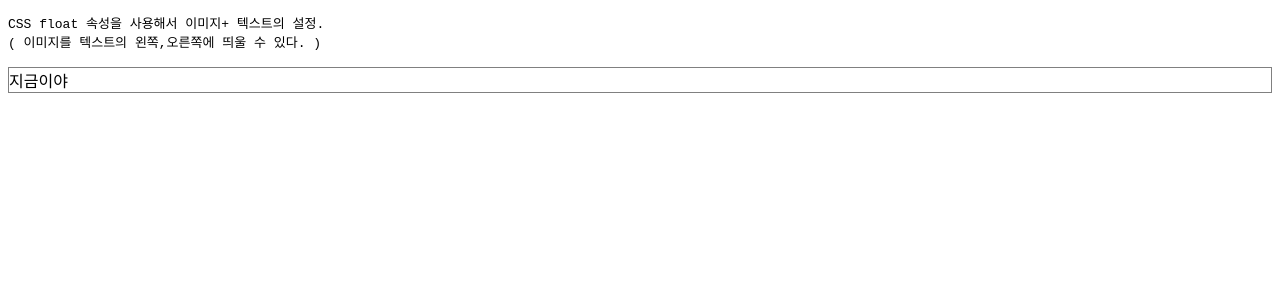
Repository: donggri1/WORKSPACE
Page: WebClass/webPro/src/main/webapp/html/days03/ex02.html
An editor plug-in stored every save of this project. The page is shown before and after the next save, followed by the edit.
The browser window is 1280 px wide. The pictures show the whole page.

Above is the page before, as saved 2024-03-26 00:28:21.

After the next save:
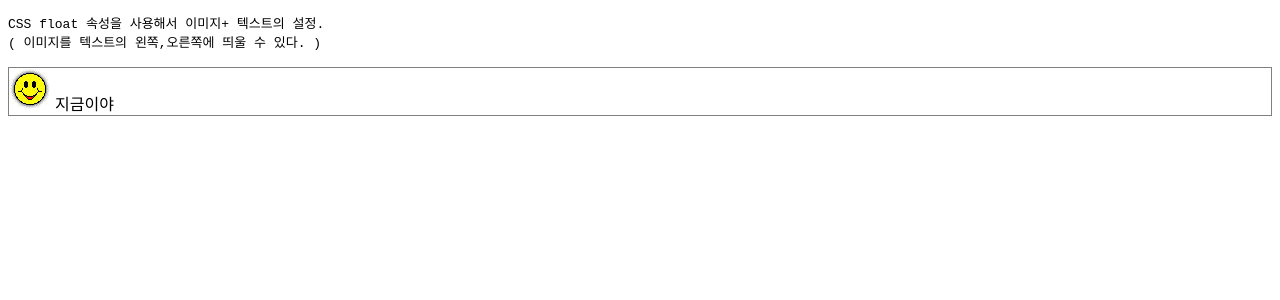
Saved 81 s later.
--- a/WebClass/webPro/src/main/webapp/html/days03/ex02.html
+++ b/WebClass/webPro/src/main/webapp/html/days03/ex02.html
@@ -21,6 +21,7 @@ CSS float 속성을 사용해서 이미지+ 텍스트의 설정.
 ( 이미지를 텍스트의 왼쪽,오른쪽에 띄울 수 있다. )
 </pre>
 <p>
+	<img style="width:42px;height:42px;" src="../images/smiley.gif">
 	지금이야
 </p>
 
